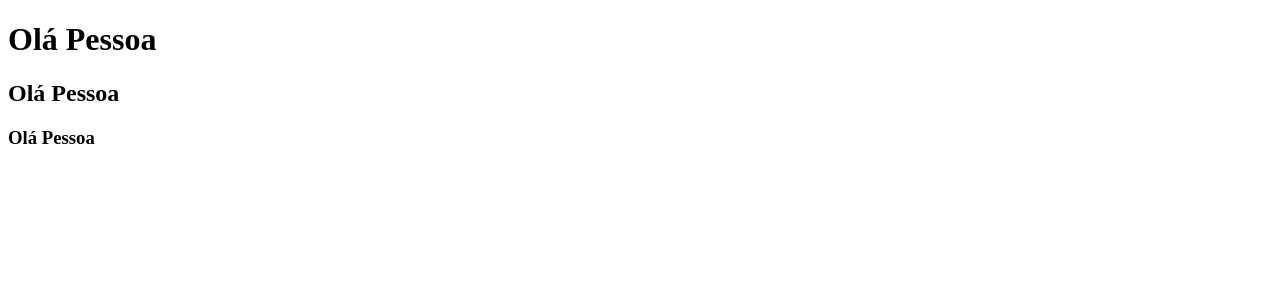
Repository: 27marques/avaliacao
Page: aulasweb/webpack02/src/index.html
The author's editor kept a copy of each file at every save. The page is drawn from the files as they stood at one save, then again after the next save.
The browser window is 1280 px wide. The pictures show the whole page.

Above is the page before, as saved 2022-08-06 00:35:22.

After the next save:
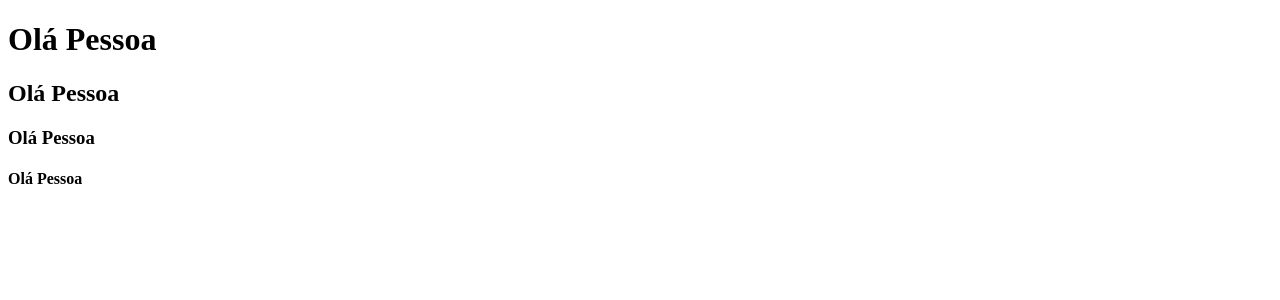
Saved 60 s later.
--- a/aulasweb/webpack02/src/index.html
+++ b/aulasweb/webpack02/src/index.html
@@ -11,6 +11,8 @@
         <h1>Olá Pessoa</h1>
         <h2>Olá Pessoa</h2>
         <h3>Olá Pessoa</h3>
+        <h4>Olá Pessoa</h4>
+
     </div>
 
 
